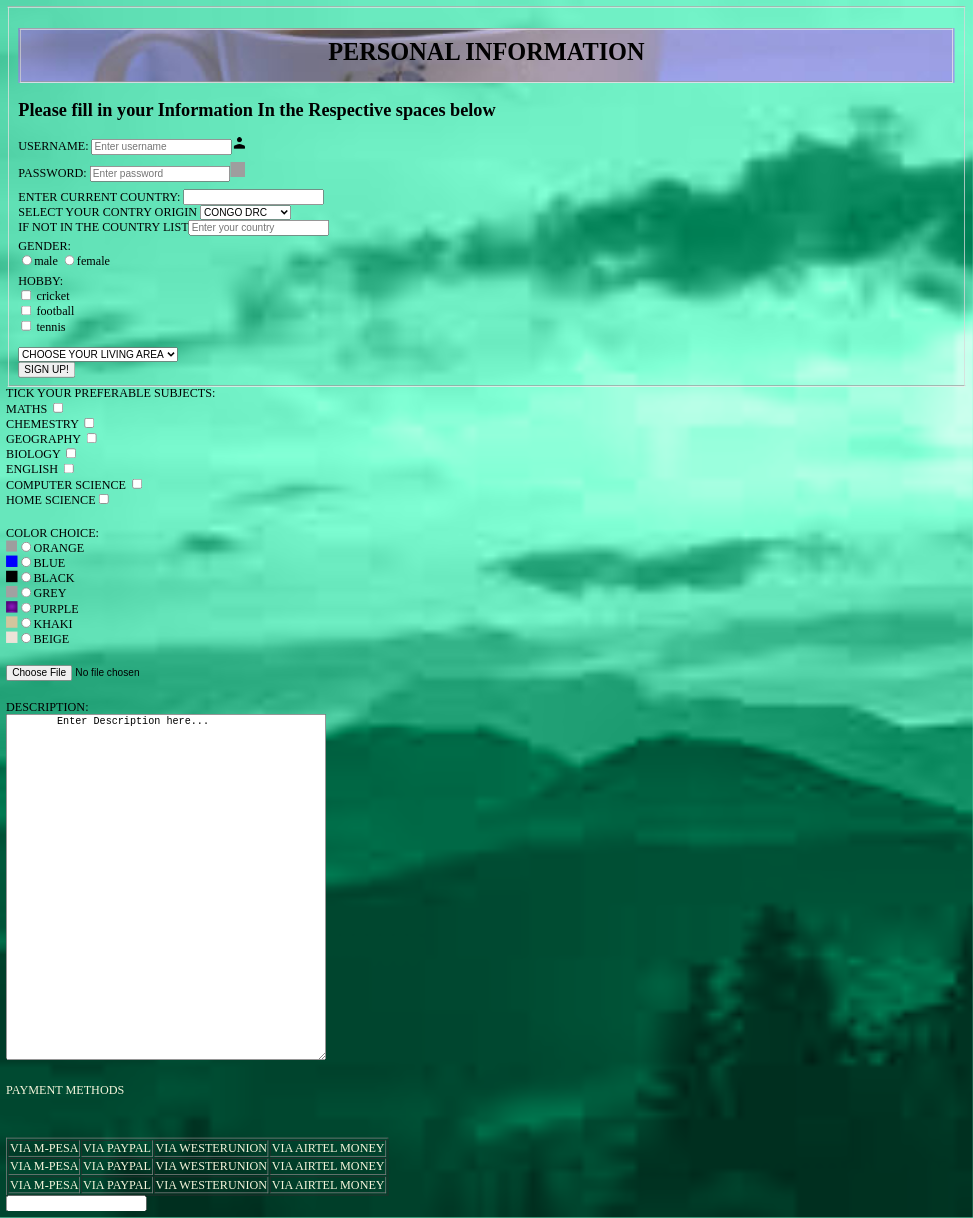
Repository: mirambialex/myform
Page: website/INDEX.HTML
An editor plug-in stored every save of this project. The page is shown before and after a run of saves, followed by the edit.
The browser window is 1280 px wide. The pictures show the whole page, at 76% of full size.
Pictures or frames that could not be fetched are drawn as grey boxes.

Above is the page before, as saved 2024-04-18 11:15:51.

After the next 5 saves:
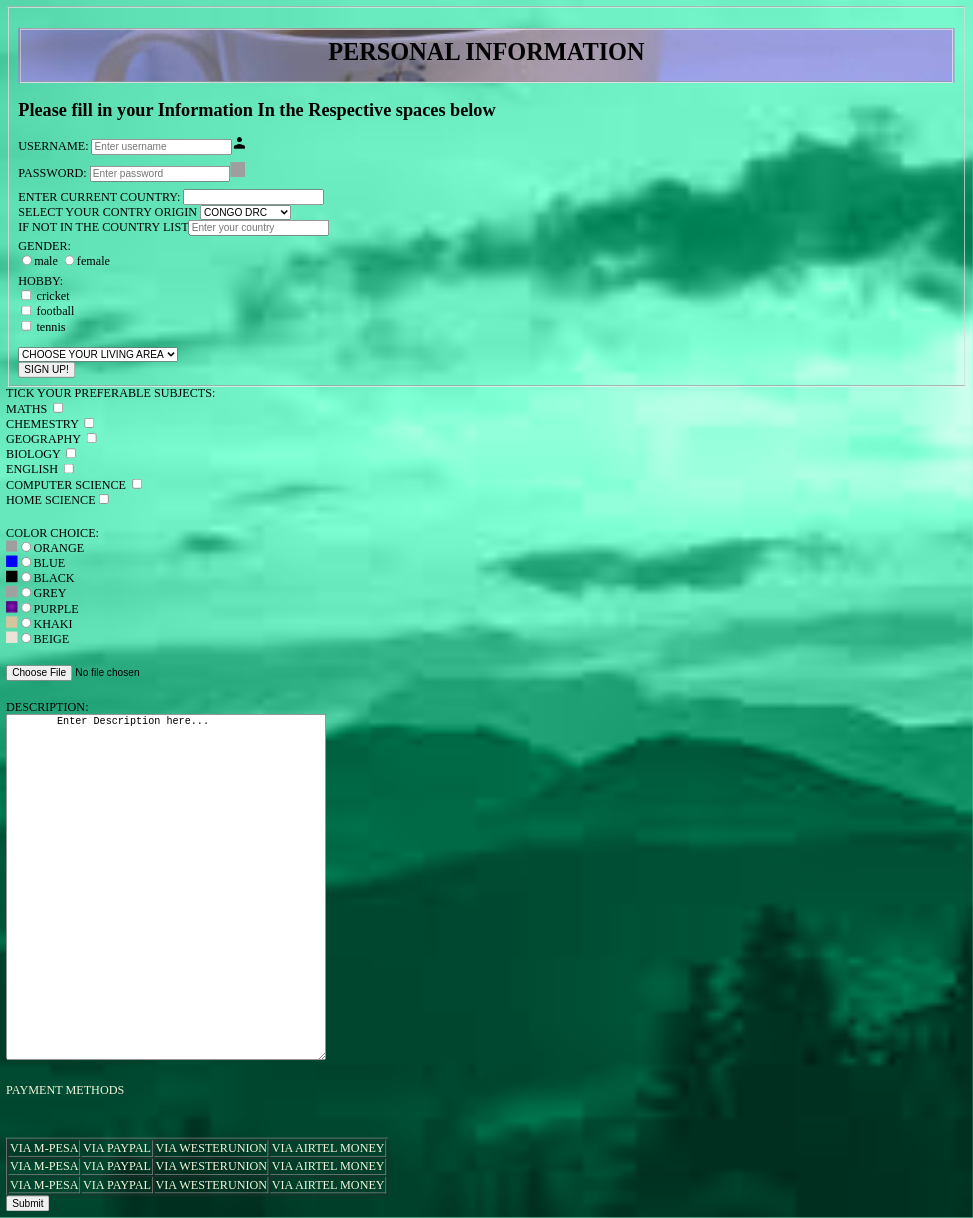
The 5 saves are shown as one change because they came seconds apart.
The last was saved 18 s later.
--- a/website/INDEX.HTML
+++ b/website/INDEX.HTML
@@ -118,7 +118,7 @@ HOBBY:<br>
 </TR>
 </TABle>
 </DIV>
-<INPut></INPut>
+<INPut type="submit" NA></INPut>
 
 </FORM>
  </body>
